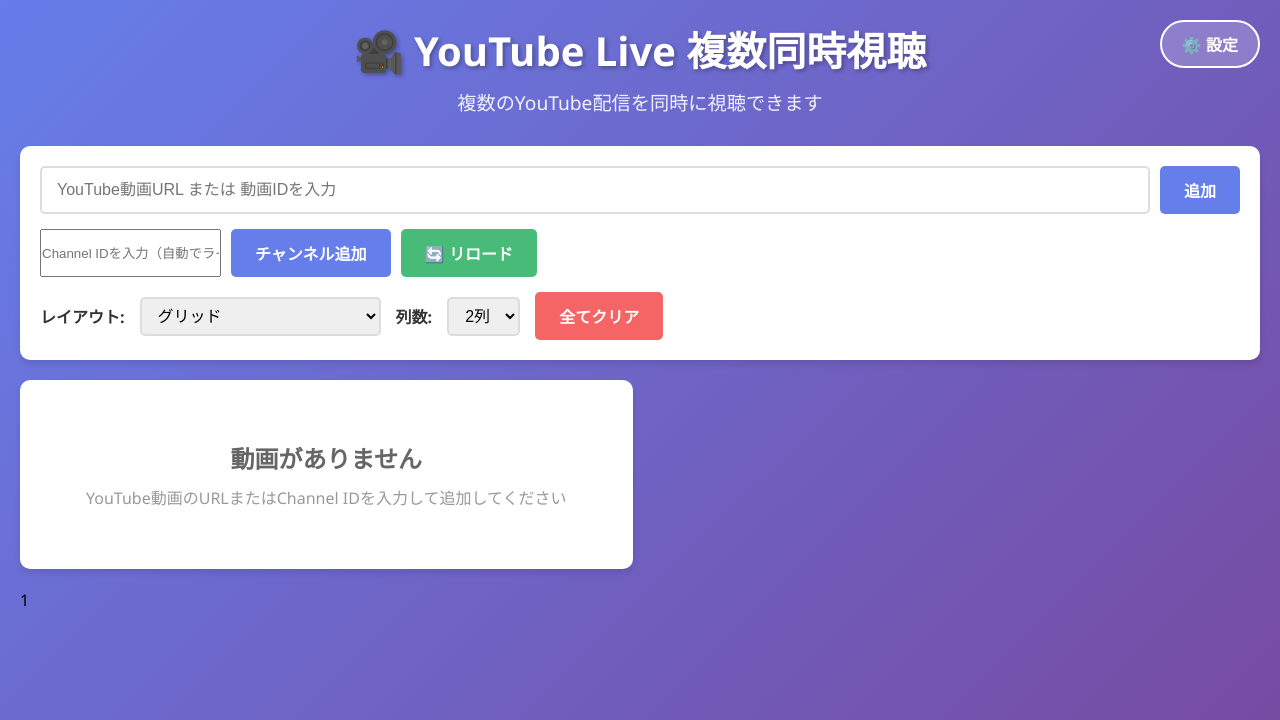
Repository: ChihaluCoding/YouTube_Live
Page: index.html
An editor plug-in stored every save of this project. The page is shown before and after the next save, followed by the edit.
The browser window is 1280 px wide. The pictures show the whole page.

Above is the page before, as saved 2025-10-10 11:15:15.

After the next save:
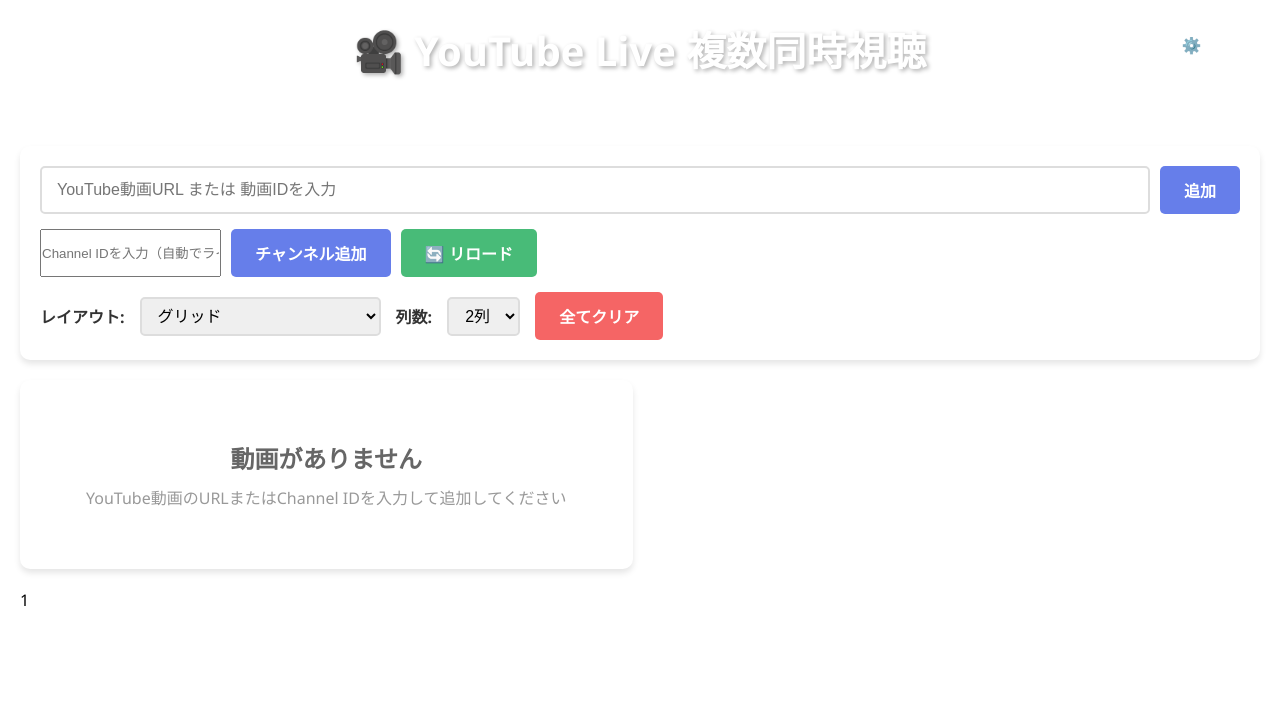
Saved 14 s later.
--- a/styles.css
+++ b/styles.css
@@ -6,7 +6,6 @@
 
 body {
     font-family: 'Segoe UI', Tahoma, Geneva, Verdana, sans-serif;
-    background: linear-gradient(135deg, #667eea 0%, #764ba2 100%);
     min-height: 100vh;
     padding: 20px;
 }
@@ -523,6 +522,7 @@
 }
 
 .channel-item {
+    background: linear-gradient(135deg, #667eea 0%, #764ba2 100%);
     color: white;
     padding: 12px;
     border-radius: 8px;
